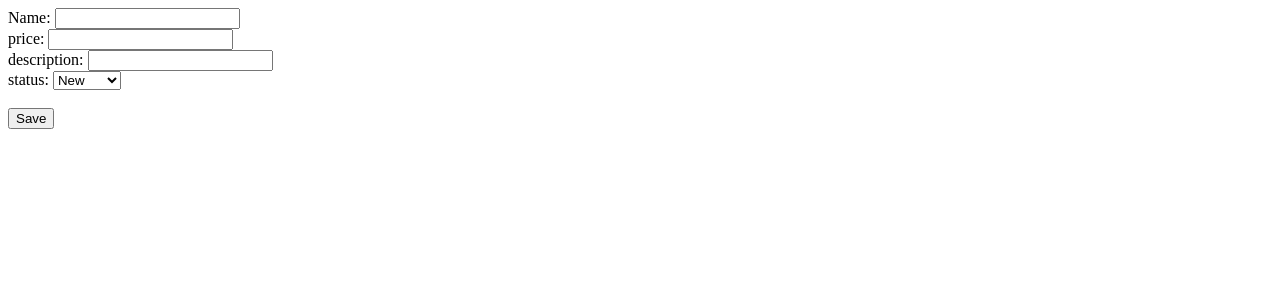
Repository: nguyenpr9/test1
Page: http://localhost/product-update.php
These files come from the project's save history. The page is drawn as it stood at one moment and after the next save; the edit follows.
The browser window is 1280 px wide. The pictures show the whole page.
The page is run by PHP 8.4 with error messages shown; the project is at /var/www/html/.

Above is the page before, as saved 2023-09-07 18:06:39.

### product-update.php
<?php
include_once "./handle/funtion.php";
if ($_SERVER['REQUEST_METHOD'] == 'POST') {
    $name = $_POST['name'];
    $price = $_POST['price'];
    $description = $_POST['description'];
    $status = $_POST['status'];
    $isInvalid = false;

    // validate
    if (empty($name)) {
        $errname = "name is required";
        $isInvalid = true;
    }
    if (empty($price)) {
        $errprice = "price is required";
        $isInvalid = true;
    }

    if (empty($description)) {
        $errdescription = "description is required";
        $isInvalid = true;
    }

    if (empty($status)) {
        $errstatus = "status is required";
        $isInvalid = true;
    }

    if ($isInvalid == false) {
        createProduct("./data/product.json", $name, $price, $description, $status);
        header("Location: product-list.php");
    }
}
?>

<!DOCTYPE html>
<html lang="en">

<head>
    <meta charset="UTF-8">
    <meta name="viewport" content="width=device-width, initial-scale=1.0">
    <title>Document</title>
</head>

<body>
    <form action="" method="POST">
        Name: <input type="text" name="name" />
        <br>
        <?php if (isset($errName)) : ?>
            <span style="color: red;">
                <?php echo $errName ?>
            </span>
            <br>
        <?php endif ?>
        price: <input type="number" name="price" />
        <br>
        <?php if (isset($errprice)) : ?>
            <span style="color: red;">
                <?php echo $errprice ?>
            </span>
            <br>
        <?php endif ?>
        description: <input type="text" name="description" />
        <br>
        <?php if (isset($errdescription)) : ?>
            <span style="color: red;">
                <?php echo $errdescription ?>
            </span>
            <br>
        <?php endif ?>
        status: <select name="status">
            <option value="New">New</option>
            <option value="Active">Active</option>
            <option value="Inactive">Inactive</option>
        </select>
        <br>
        <?php if (isset($errstatus)) : ?>
            <span style="color: red;">
                <?php echo $errstatus ?>
            </span>
            <br>
        <?php endif ?>
        <br>
        <button type="submit">Save</button>
    </form>
</body>

</html>

### handle/funtion.php
<?php

function readFileToData($filePath)
{
    $dataJson = file_get_contents($filePath);
    return json_decode($dataJson, true);
}

function writeFileToData($filePath, $data)
{
    $dataJson = json_encode($data);
    file_put_contents($filePath, $dataJson);
}

function getOneRecordById($id) {
    $data = readFileToData("data.json");
    $record = null;
    foreach ($data as $key => $value) {
        if ($value["id"] == $id) {
            $record = $value;
        }
    }
    return $record;
}

function deleteProduct($id)
{
    $data = readFileToData("../data/product.json");
    foreach ($data as $key => $value) {
        if ($value["id"] == $id) {
            unset($data[$key]);
        }
    }
    writeFileToData("../data/product.json", $data);
}

function checkUser($users, $email, $password)
{
    foreach ($users as $index => $user) {
        if (
            $user['email'] == $email  &&
            $user['password'] == $password
        ) {
            return true;
        }
    }

    return false;
}

function getLastId($items)
{
    $lastId = 0;
    foreach ($items as $item) {
        $id = (int)$item['id'];
        if ($id > $lastId) {
            $lastId = $id;
        }
    }
    return $lastId;
}


function createUser($filePath, $name, $email, $password)
{
    // chuyen doi du lieu tu json -> array
    $users = readFileToData($filePath);

    $userRegister = [
        "name" => $name,
        "email" => $email,
        "password" => $password
    ];
    array_push($users, $userRegister);
    writeFileToData($filePath, $users);
}

function createProduct($filePath, $name, $price, $description, $status)
{
    // chuyen doi du lieu tu json -> array
    $products = readFileToData($filePath);
    $lastId = getLastId($products);
    $product = [
        "id" => $lastId + 1,
        "name" => $name,
        "price" => $price,
        "description" => $description,
        "status" => $status
    ];
    array_push($products, $product);
    writeFileToData($filePath, $products);
}
function updateProduct($filePath, $id, $name, $price, $description, $status)
{
    // chuyen doi du lieu tu json -> array
    $products = readFileToData($filePath);
    foreach ($products as $index => $product) {
        if ($product["id"] == $id) {
            $products[$index]["name"] = $name;
            $products[$index]["price"] = $price;
            $products[$index]["description"] = $description;
            $products[$index]["status"] = $status;
        }
    }
    writeFileToData($filePath, $products);
}

After the next save:
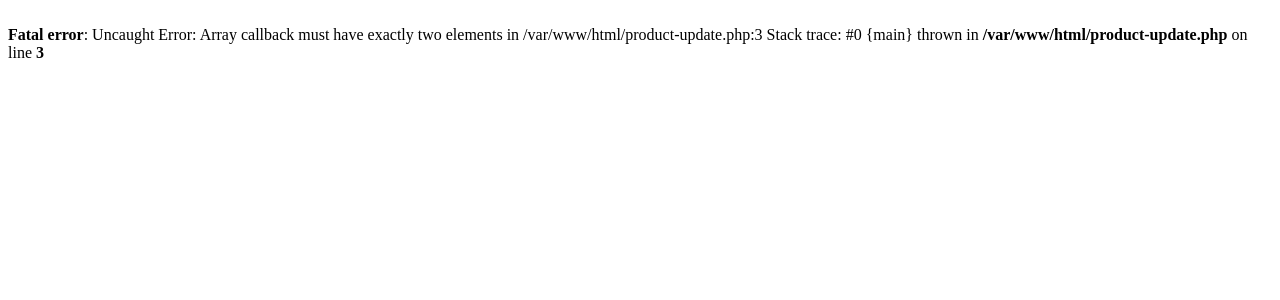
Saved 53 s later.
--- a/product-update.php
+++ b/product-update.php
@@ -1,5 +1,8 @@
 <?php
 include_once "./handle/funtion.php";
+if(!empty($_GET('id'))) {
+    getOneRecordById($_GET('id'));
+}
 if ($_SERVER['REQUEST_METHOD'] == 'POST') {
     $name = $_POST['name'];
     $price = $_POST['price'];
